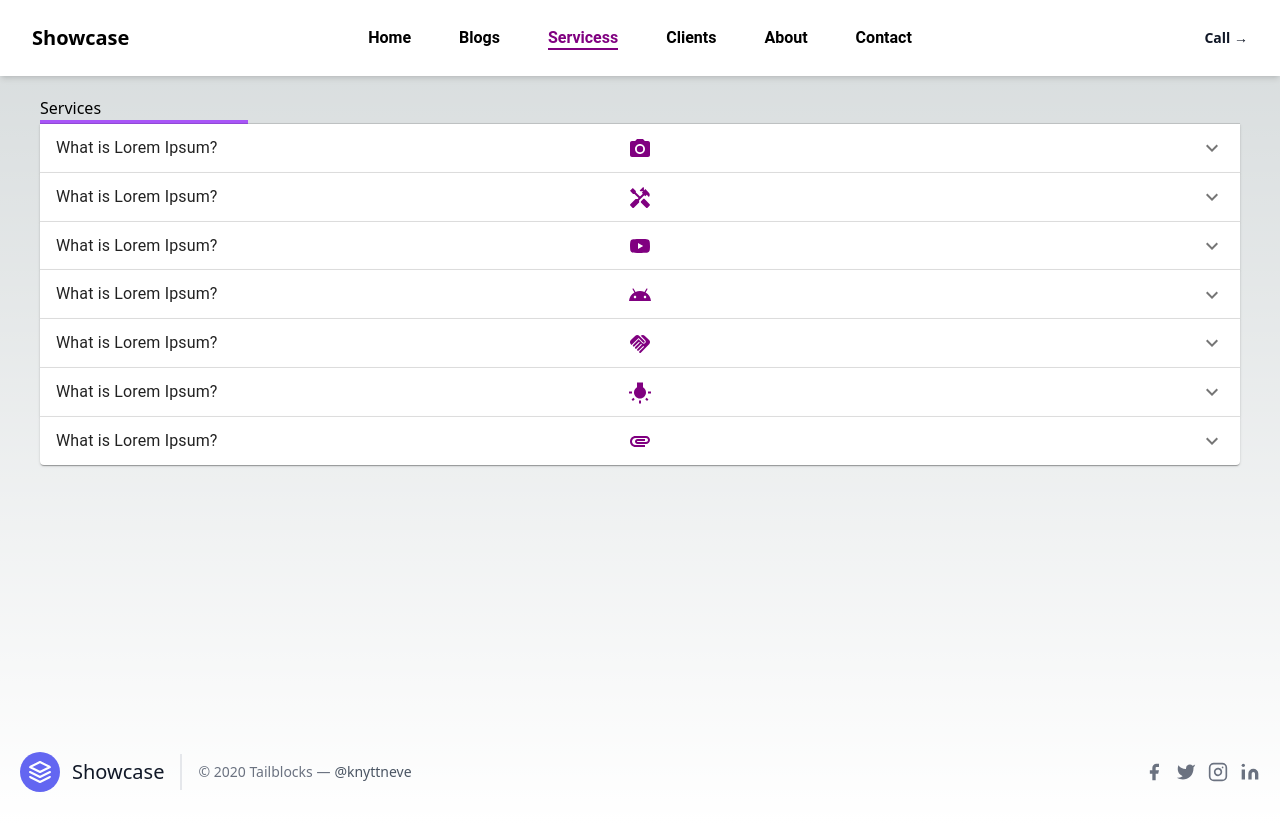
Repository: prashant523580/showcase
Page: /services
An editor plug-in stored every save of this project. The page is shown before and after the next save, followed by the edit.
The browser window is 1280 px wide. The pictures show the whole page.
The project was rebuilt for these pictures with package versions that can differ from the ones it lists, and the page was loaded fresh each time. The framework's server and built-in components were replaced by stand-ins that run in the browser. Also part of the build but not shown: next.config.js.

Above is the page before, as saved 2023-03-25 18:16:12.

After the next save:
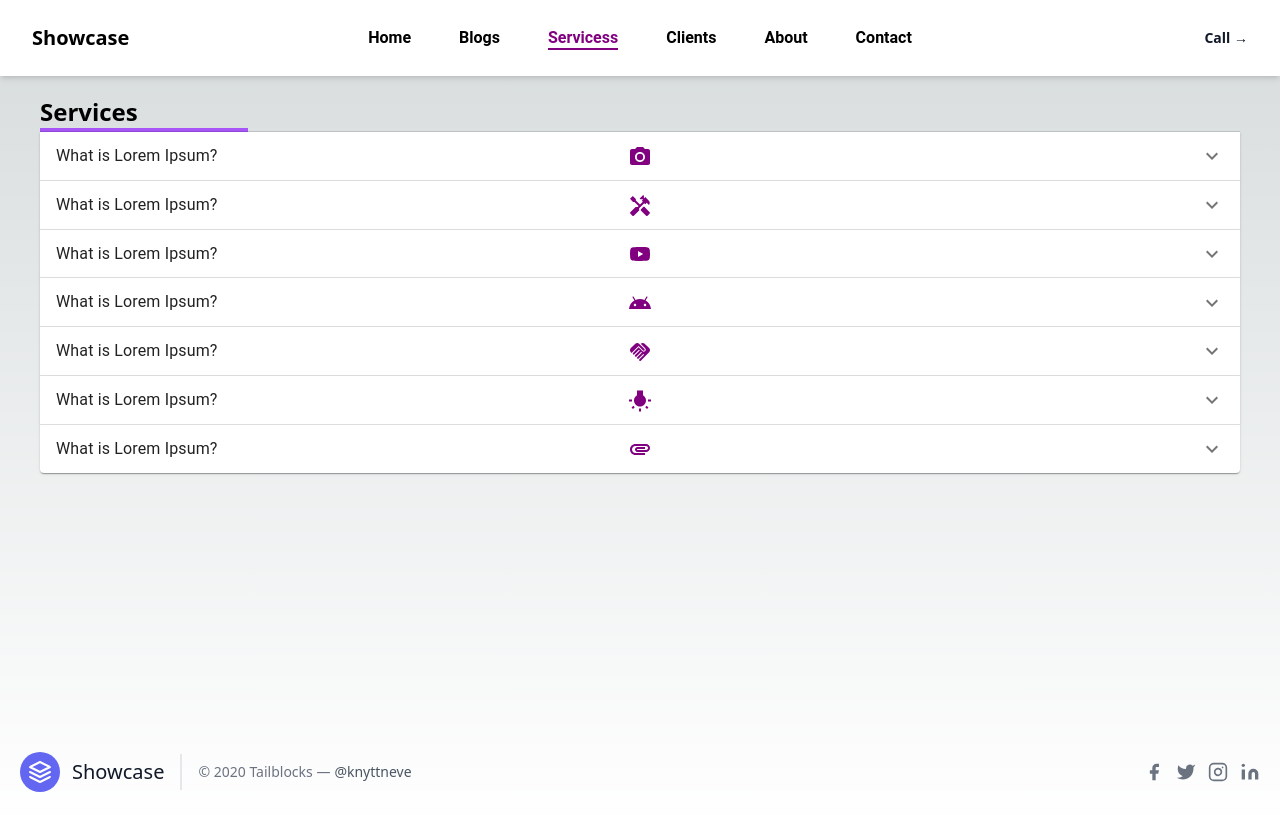
Saved 17 s later.
--- a/src/pages/services.tsx
+++ b/src/pages/services.tsx
@@ -66,7 +66,7 @@ export default function Sercices() {
 
   return (
     <div className='py-24 px-10 h-[100vh]'>
-        <h1>Services</h1>
+        <h1 className='font-bold text-2xl'>Services</h1>
         <div  className='w-52 h-1 bg-purple-500'></div>
         {
             services.map((service,ind) => {
